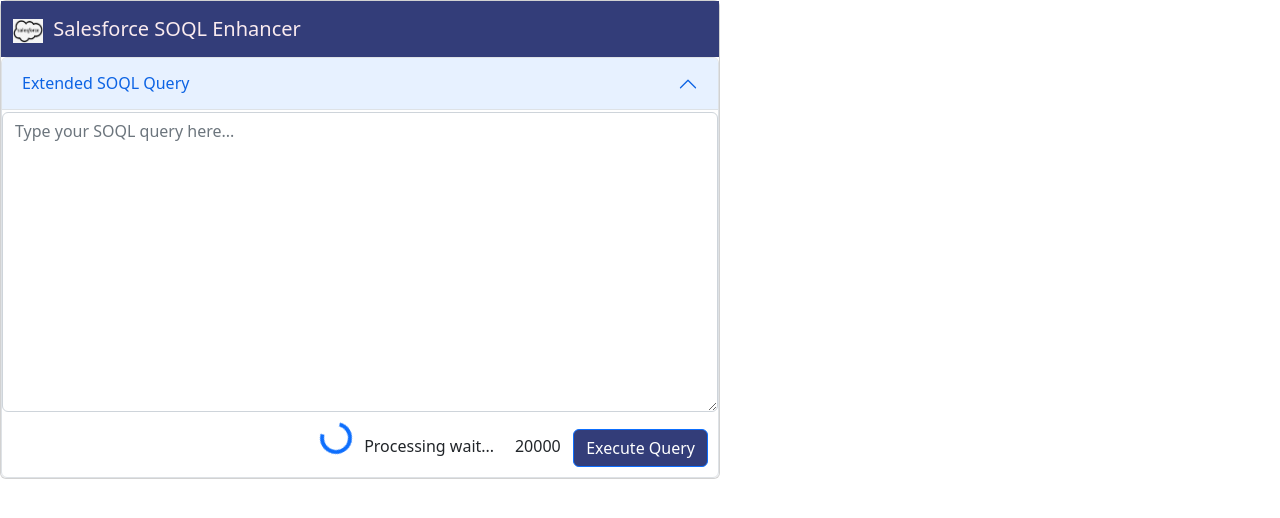
Repository: anweshpargi/salesforceExtension
Page: popup.html
An editor plug-in stored every save of this project. The page is shown before and after the next save, followed by the edit.
The browser window is 1280 px wide. The pictures show the whole page.

Above is the page before, as saved 2023-08-27 01:08:15.
Not found: js/jsforce.js

After the next save:
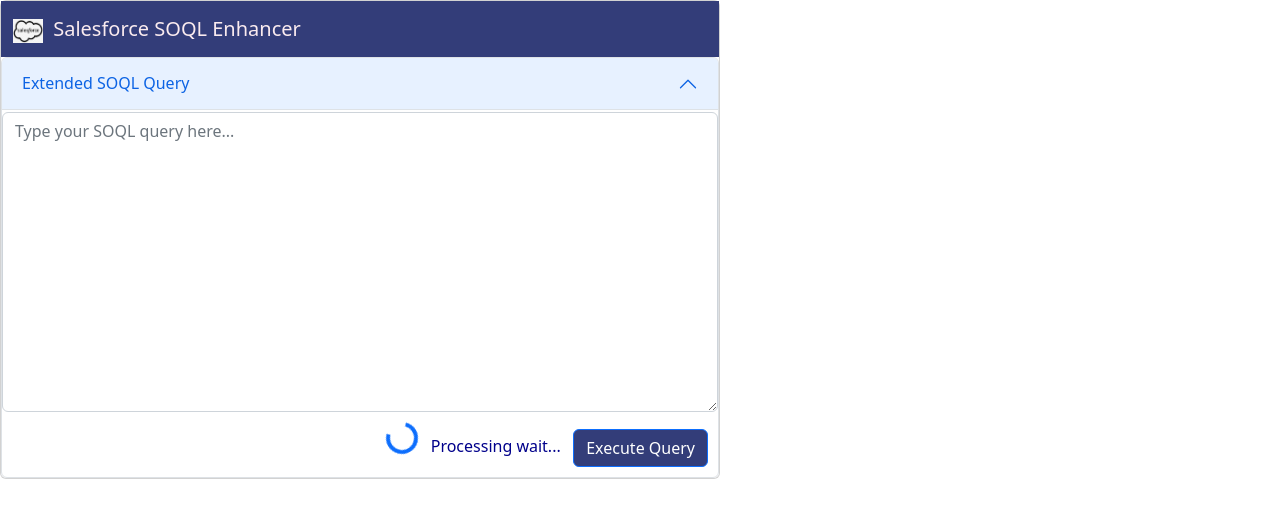
Saved 2 min 55 s later.
--- a/popup.html
+++ b/popup.html
@@ -45,8 +45,8 @@
                     <div style="text-align: right; margin: 10px;">
                         <span id="loader">
                             <span class="spinner-border text-primary"  role="status"></span>
-                            <span > &nbsp; Processing wait... &nbsp; &nbsp;</span>
-                            <span> 20000 </span>&nbsp;
+                            <span style="color: darkblue;"> &nbsp; Processing wait... </span>
+                            <span style="color: darkblue;">  </span>&nbsp;
                         </span>
                         <span>
                             <button class="btn btn-success"  style="display: none;" id="downloadExcel" type="">Download Excel</button>
